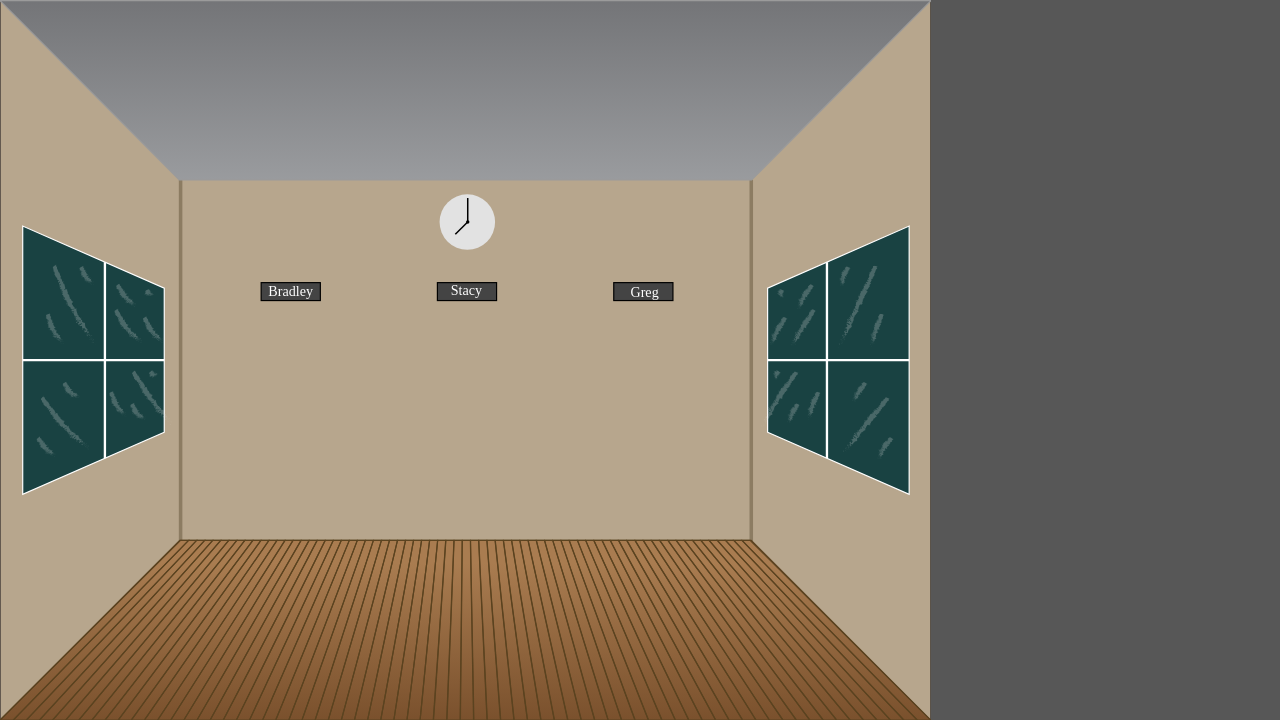
Repository: dnguyen130/HelpAHomieV3
Page: index.html
An editor plug-in stored every save of this project. The page is shown before and after the next save, followed by the edit.
The browser window is 1280 px wide. The pictures show the whole page.

Above is the page before, as saved 2021-03-09 20:10:19.

After the next save:
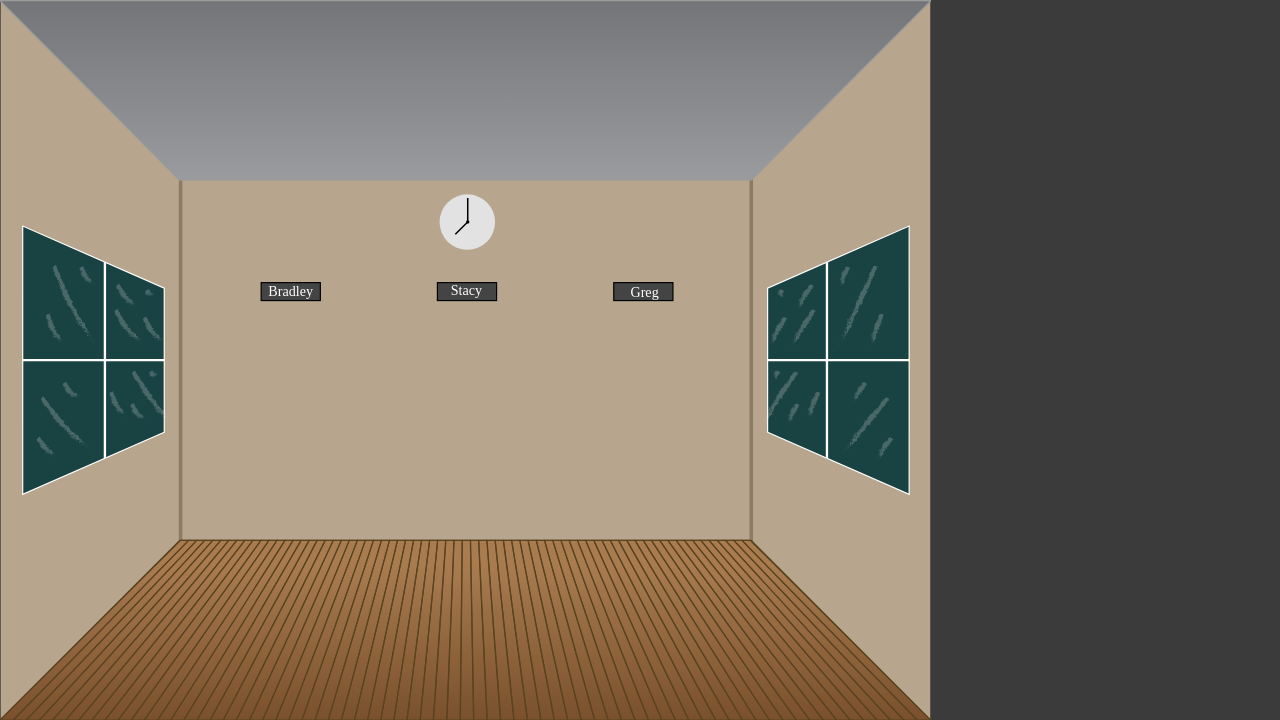
Saved 18 s later.
--- a/style.css
+++ b/style.css
@@ -1,6 +1,6 @@
 html, body{
     margin: 0;
-    background-color: #575757;
+    background-color: #3b3b3b;
 }
 
 #main{

After the save that followed:
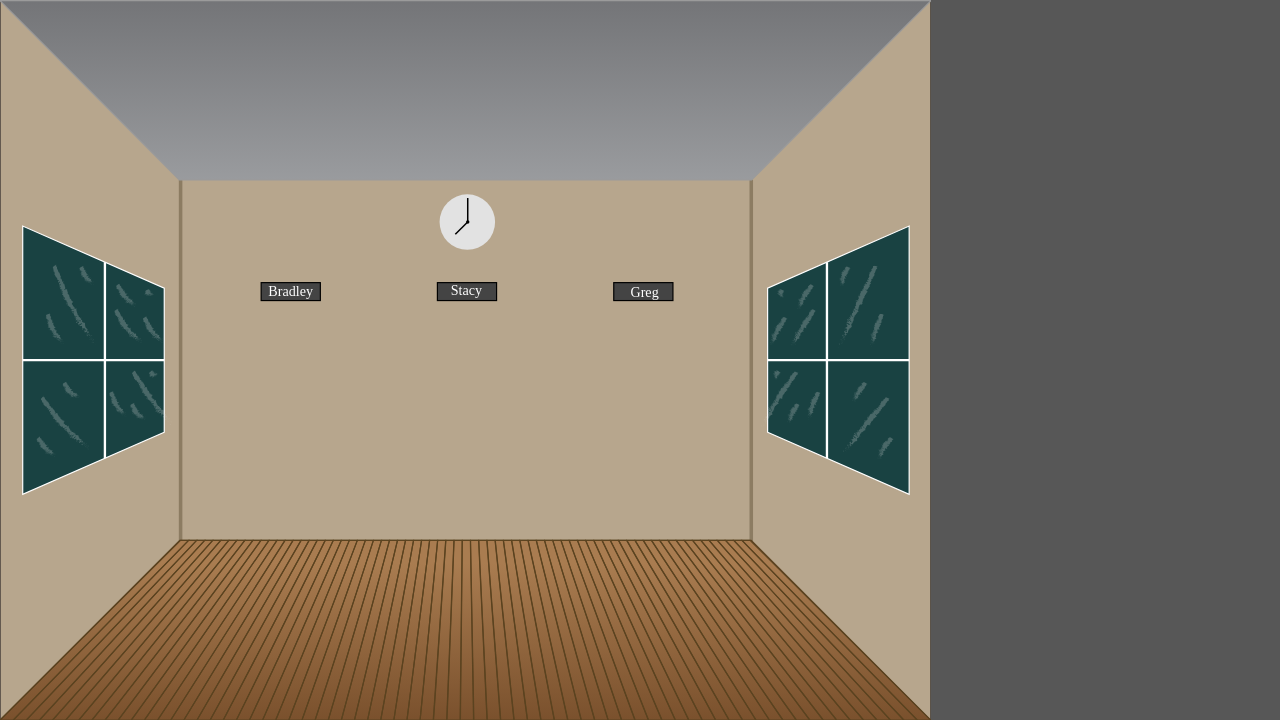
Saved 4 s later.
--- a/style.css
+++ b/style.css
@@ -1,6 +1,6 @@
 html, body{
     margin: 0;
-    background-color: #3b3b3b;
+    background-color: #575757;
 }
 
 #main{
